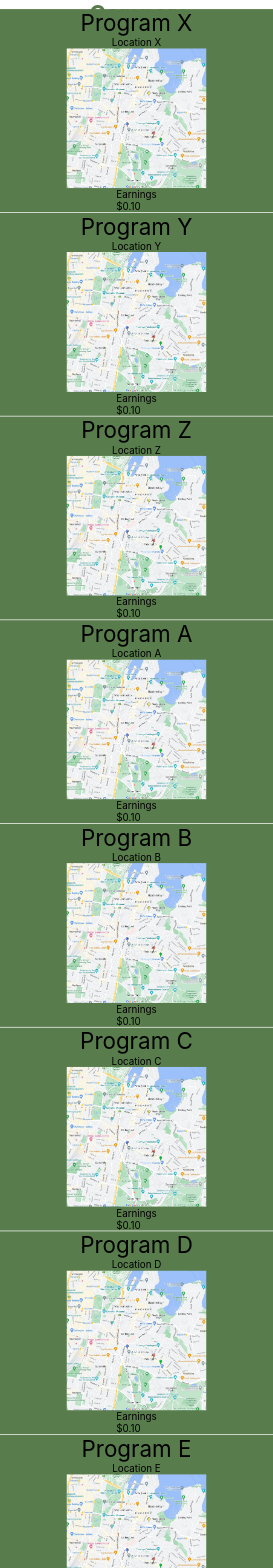
Repository: ct-pham/COMP4511
Screen: / (app in comp4511/)
An editor plug-in stored every save of this project. The screen is shown before and after a run of saves, followed by the edit.
The pictures show rows 0 to 2240 of an output 2658 px tall, at 70% of full size.
The app was drawn by React Native's web renderer in a window 390 px wide. The project was rebuilt for these pictures with package versions that can differ from the ones it lists, and the page was loaded fresh each time. Also part of the build but not shown: comp4511/Components/Homepage.js, comp4511/Components/AllEarnings.js, comp4511/Components/ProgramEarnings.js, comp4511/Components/Register.js, comp4511/Components/Login.js.

Above is the screen before, as saved 2022-11-09 19:21:35.

### comp4511/App.js
import React, {useState} from 'react';
import { StatusBar } from 'expo-status-bar';
import { StyleSheet, Text, View } from 'react-native';
import { NavigationContainer } from '@react-navigation/native';
import { createNativeStackNavigator } from '@react-navigation/native-stack';
import Homepage from './Components/Homepage';
import AllEarnings from './Components/AllEarnings';
import ProgramEarnings from './Components/ProgramEarnings';
import Register from './Components/Register';
import Login from './Components/Login';
import Compare from './Components/compareProgram/Compare';

const Stack = createNativeStackNavigator();


export default function App() {
  return (
    // <NavigationContainer>
    //   <Stack.Navigator>
    //     <Stack.Screen name="Register" component={Register} />
    //     <Stack.Screen name="Login" component={Login} />
    //     <Stack.Screen name="Home" component={Homepage}/>
    //     <Stack.Screen name="AllEarnings" component={AllEarnings}/>
    //     <Stack.Screen name="ProgramEarnings" component={ProgramEarnings}/>
    //   </Stack.Navigator>
    // </NavigationContainer>
    <Compare/>
  );
}

### comp4511/Components/compareProgram/Compare.js
import {
    StyleSheet,
    Text,
    SafeAreaView,
    statusBar,
    FlatList,
    View,
} from 'react-native';
import Items from './Items';

import ProgramDetails from './ProgramDetails';

export default function Compare() {
    return (
        <SafeAreaView style={styles.container}>
            <View style = {styles.titleContainer}>
                <Text style = {styles.title}> Compare</Text>
            </View>
            <FlatList
                data = {ProgramDetails}
                renderItem={({ item }) => <Items item = {item} />}
                showsVerticalScrollIndicator

            />
        </SafeAreaView>
    );
}

const styles = StyleSheet.create({
    titleContainer: {
        height: '0.5%',

    },
    title: {
        fontSize: 32,
        color: '#587C4B',
        fontWeight: 'bold',
        textAlign: 'center',
    }
});

### comp4511/Components/compareProgram/Items.js
import {
    View,
    Text,
    StyleSheet,
    Image,
    useWindowDimensions,
    TouchableOpacity,
    StatusBar,
} from 'react-native';
import { useState } from 'react';


export default function Items ({item}) {

    const { width } = useWindowDimensions();
    return (
        <View style={ styles.container}>

            <View style = {[styles.programContainer, {width}]}>
                <Text style = {styles.title}>{item.title}</Text>
                <Text style = {styles.location}>{item.location}</Text>

                <Image
                    source = {item.image}
                    style = {styles.image}
                />
                <View>
                    <Text style = {styles.Earnings}>{item.Earning}</Text>
                    <Text style = {styles.Total}>{item.Total}</Text>

                </View>
            </View>

        </View>
    )
}

const styles = StyleSheet.create({
    container: {
        flex: 1,
        marginTop: StatusBar.currentHeight || 0,


      },
    item: {
        padding: 20,
        marginVertical: 8,
        marginHorizontal: 16,
      },
    title: {
        fontSize: 32,
      },
    programContainer: {
        backgroundColor: '#587C4B',
        alignItems: 'center',
        marginBottom: 1,
    },
    image: {
        width: 200,
        height: 200,
    }

});

### comp4511/Components/compareProgram/ProgramDetails.js
export default [
    {
        id: '1',
        title: 'Program X',
        location: 'Location X',
        Earning: 'Earnings',
        Total: '$0.10',
        image: require('./map.jpg'),

    },
    {
        id: '2',
        title: 'Program Y',
        location: 'Location Y',
        Earning: 'Earnings',
        Total: '$0.10',
        image: require('./map.jpg'),

    },
    {
        id: '3',
        title: 'Program Z',
        location: 'Location Z',
        Earning: 'Earnings',
        Total: '$0.10',
        image: require('./map.jpg'),

    },
    {
        id: '4',
        title: 'Program A',
        location: 'Location A',
        Earning: 'Earnings',
        Total: '$0.10',
        image: require('./map.jpg'),

    },
    {
        id: '5',
        title: 'Program B',
        location: 'Location B',
        Earning: 'Earnings',
        Total: '$0.10',

        image: require('./map.jpg'),
    },
    {
        id: '6',
        title: 'Program C',
        location: 'Location C',
        Earning: 'Earnings',
        Total: '$0.10',
        image: require('./map.jpg'),
    },
    {
        id: '7',
        title: 'Program D',
        location: 'Location D',
        Earning: 'Earnings',
        Total: '$0.10',
        image: require('./map.jpg'),
    },
    {
        id: '8',
        title: 'Program E',
        location: 'Location E',
        Earning: 'Earnings',
        Total: '$0.10',
        image: require('./map.jpg'),
    },
    {
        id: '9',
        title: 'Program F',
        location: 'Location F',
        Earning: 'Earnings',
        Total: '$0.10',
        image: require('./map.jpg'),
    },


]

After the next 2 saves:
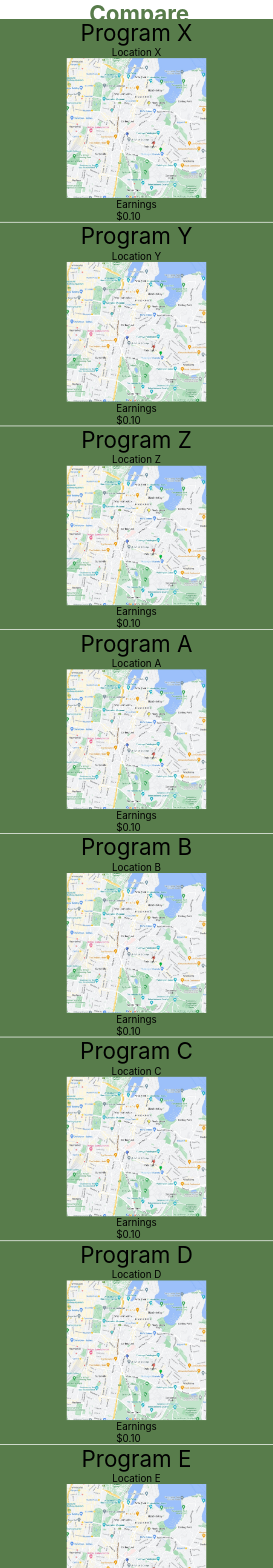
The 2 saves are shown as one change because they came seconds apart.
The last was saved 8 s later.
--- a/comp4511/Components/compareProgram/Compare.js
+++ b/comp4511/Components/compareProgram/Compare.js
@@ -28,7 +28,7 @@ export default function Compare() {
 
 const styles = StyleSheet.create({
     titleContainer: {
-        height: '0.5%',
+        height: '1%',
 
     },
     title: {
